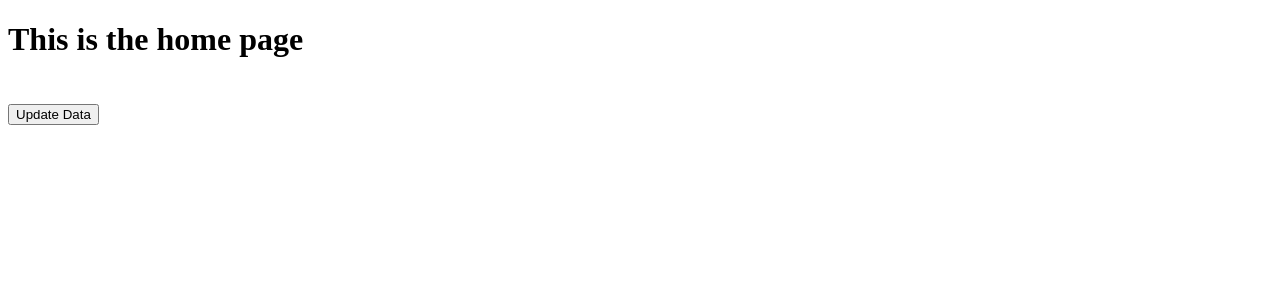
Repository: mireu-san/jikan-react-query
Page: /
These files come from the project's save history. The page is drawn as it stood at one moment and after the next save; the edit follows.
The browser window is 1280 px wide. The pictures show the whole page.
The project was rebuilt for these pictures with package versions that can differ from the ones it lists, and the page was loaded fresh each time.

Above is the page before, as saved 2022-11-29 17:34:46.

### src/App.js
import { BrowserRouter as Router, Routes, Route } from "react-router-dom";
import { Home } from "./Home";
import { QueryClient, QueryClientProvider } from "@tanstack/react-query";

function App() {
  const client = new QueryClient({
    defaultOptions: {
      queries: {
        refetchOnWindowFocus: true,
      },
    },
  });
  return (
    <div className="App">
      <QueryClientProvider client={client}>
        <Router>
          <Routes>
            <Route path="/" element={<Home />} />
            <Route path="*" element={<h1> PAGE NOT FOUND</h1>} />
          </Routes>
        </Router>
      </QueryClientProvider>
    </div>
  );
}

export default App;

### src/Home.js
import { useQuery } from "@tanstack/react-query";
import Axios from "axios";

export const Home = () => {
  const { data, refetch } = useQuery("anime", () => {
    return Axios.get("https://api.jikan.moe/v4/top/anime?sfw=true").then(
      (res) => res.data
    );
  });

  return (
    <h1>
      This is the home page <p>{data?.streaming}</p>
      <button onClick={refetch}> Update Data </button>
    </h1>
  );
};

// import { useQuery } from "@tanstack/react-query";
// import Axios from "axios";

// export const Home = () => {
//   const { data, refetch } = useQuery(["cat"], () => {
//     return Axios.get("https://catfact.ninja/fact").then((res) => res.data);
//   });

//   return (
//     <h1>
//       This is the home page <p>{data?.fact}</p>
//       <button onClick={refetch}> Update Data </button>
//     </h1>
//   );
// };
// https://documenter.getpostman.com/view/1946054/S11HvKSz#6e0a9a7f-c8aa-42c8-b968-bd7717b4ce12

Loaded but not shown: public/index.html (common file); src/index.js (common file)

After the next save:
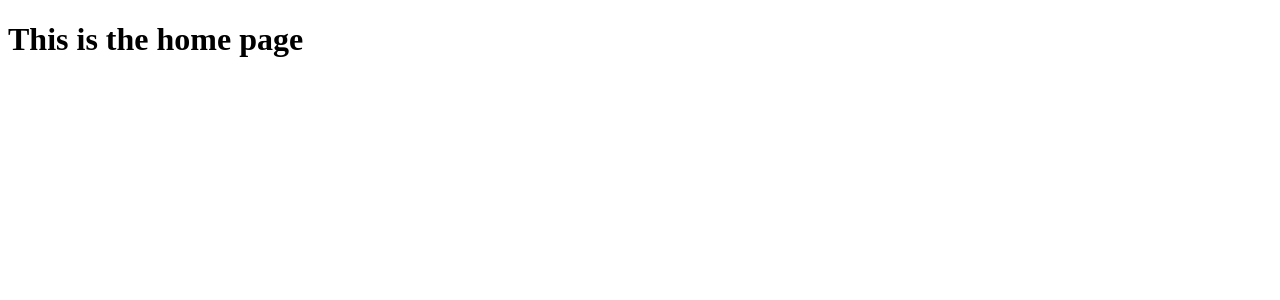
Saved 15 s later.
--- a/src/Home.js
+++ b/src/Home.js
@@ -2,7 +2,7 @@
 import Axios from "axios";
 
 export const Home = () => {
-  const { data, refetch } = useQuery("anime", () => {
+  const { data } = useQuery("anime", () => {
     return Axios.get("https://api.jikan.moe/v4/top/anime?sfw=true").then(
       (res) => res.data
     );
@@ -11,7 +11,6 @@
   return (
     <h1>
       This is the home page <p>{data?.streaming}</p>
-      <button onClick={refetch}> Update Data </button>
     </h1>
   );
 };
